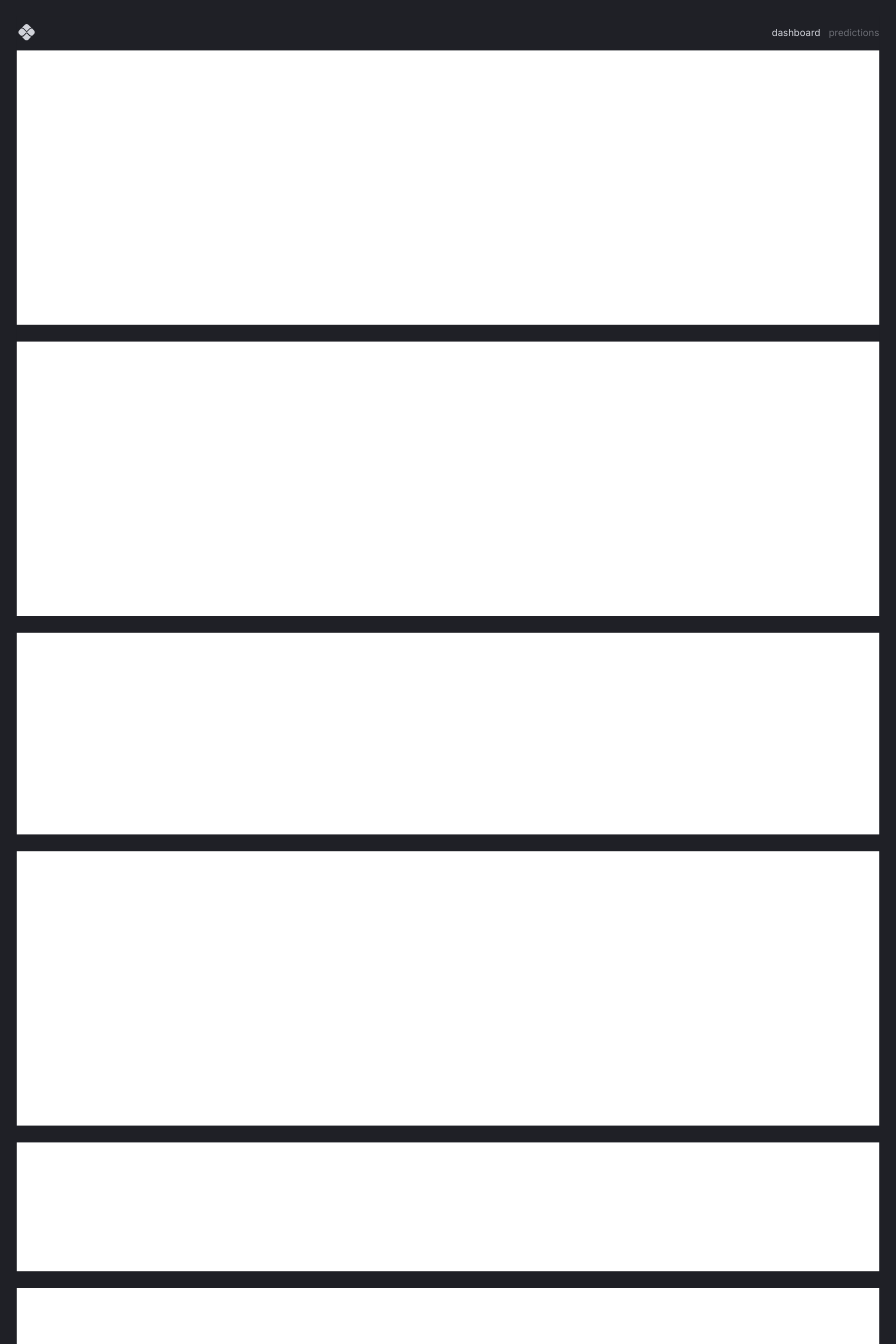
Repository: BernhardSilva/finance-client
Page: /
An editor plug-in stored every save of this project. The page is shown before and after the next save, followed by the edit.
The browser window is 1280 px wide. The pictures show the part of the page from y = 0 to 1920 px (the page is 3272 px tall before and 3376 px after), at 70% of full size.
The project was rebuilt for these pictures with package versions that can differ from the ones it lists, and the page was loaded fresh each time. Also part of the build but not shown: vite.config.ts.

Above is the page before, as saved 2023-05-14 22:16:52.

### src/App.tsx
import '@/App.css';
import Navbar from '@/scenes/navbar';
import Dashboard from '@/scenes/dashboard';
import { Box, CssBaseline } from '@mui/material';
import { ThemeProvider, createTheme } from '@mui/material/styles';
import { useMemo } from 'react';
import { BrowserRouter, Route, Routes } from 'react-router-dom';
import { themeSettings } from './theme';

function App() {
	const theme = useMemo(() => createTheme(themeSettings), []);
	return (
		<>
			<div className='app'>
				<BrowserRouter>
					<ThemeProvider theme={theme}>
						<CssBaseline />
						<Box width='100%' height='100%' padding='1remn 2rem 4rem 2rem'>
							<Navbar />
							<Routes>
								<Route path='/' element={<Dashboard />} />
								<Route path='/predictions' element={<div>predictions page</div>} />
							</Routes>
						</Box>
					</ThemeProvider>
				</BrowserRouter>
			</div>
		</>
	);
}

export default App;

### src/index.css
@import url('https://fonts.googleapis.com/css2?family=Inter:wght@400;500;600&family=Ubuntu:wght@400;700&display=swap');


html, body, #root, .app {
  height: 100%;
  width: 100%;
  font-family: "Inter", sans-serif;
  background-color: #1f2026
}

### src/App.css
#root {
  max-width: 1280px;
  margin: 0 auto;
  padding: 1.5rem;
  text-align: center;
}

.logo {
  height: 6em;
  padding: 1.5em;
  will-change: filter;
  transition: filter 300ms;
}
.logo:hover {
  filter: drop-shadow(0 0 2em #646cffaa);
}
.logo.react:hover {
  filter: drop-shadow(0 0 2em #61dafbaa);
}

@keyframes logo-spin {
  from {
    transform: rotate(0deg);
  }
  to {
    transform: rotate(360deg);
  }
}

@media (prefers-reduced-motion: no-preference) {
  a:nth-of-type(2) .logo {
    animation: logo-spin infinite 20s linear;
  }
}

.card {
  padding: 2em;
}

.read-the-docs {
  color: #888;
}

### src/scenes/navbar/index.tsx
import { useState } from 'react';
import { Link } from 'react-router-dom';
import { Box, Typography, useTheme } from '@mui/material';
import FlexBetween from '@/components/FlexBetween';
import PixIcon from '@mui/icons-material/Pix';

type Props = {};

const Navbar = (props: Props) => {
	const { palette } = useTheme();
	const [selected, setSelected] = useState('dashboard')
	return (
		<FlexBetween mb="0.25rem" p="0.5rem 0rem" color={palette.grey[300]}>
			{/* LEFT SIDE */}
			<FlexBetween gap="0.75rem">
				<PixIcon sx={{ fontSize: "28px" }}>
					<Typography variant="h4" fontSize="16px">
						Finanseer
					</Typography>
				</PixIcon>
			</FlexBetween>
			{/* RIGHT SIDE */}
			<FlexBetween gap="0.75rem">
				<Box sx={{ '&:hover': { color: palette.primary[100] } }}>
					<Link to="/" onClick={() => setSelected("dashboard")}
						style={{
							color: selected === "dashboard" ? "inherit" : palette.grey[700],
							textDecoration: "inherit"
						}}>
							dashboard
					</Link>
				</Box>
				<Box sx={{ '&:hover': { color: palette.primary[100] } }}>
					<Link to="/predictions" onClick={() => setSelected("predictions")}
						style={{
							color: selected === "predictions" ? "inherit" : palette.grey[700],
							textDecoration: "inherit"
						}}>
							predictions
					</Link>
				</Box>
			</FlexBetween>

		</FlexBetween >
	);
};

export default Navbar;

### src/scenes/dashboard/index.tsx
import { Box, useTheme, useMediaQuery } from '@mui/material';

type Props = {}

const gridTemplateLargeScreens = `
    "a b c"
    "a b c"
    "a b c"
    "a b f"
    "d e f"
    "d e f"
    "d h i"
    "g h i"
    "g h j"
    "g h j"
`
const gridTemplateSmallScreens = `
    "a"
    "a"
    "a"
    "a"
    "b"
    "b"
    "b"
    "b"
    "c"
    "c"
    "c"
    "d"
    "d"
    "d"
    "d"
    "e"
    "e"
    "f"
    "f"
    "f"
    "g"
    "g"
    "g"
    "h"
    "h"
    "h"
    "h"
    "i"
    "i"
    "j"
    "j"
`

const Dashboard = (props: Props) => {
    const isAboveMediumScreens = useMediaQuery(("min-dith:1200px"))
    const { palette } = useTheme()
    return (
        <Box width="100%" height="100%" display="grid" gap="1.5rem"
            sx={isAboveMediumScreens ? {
                gridTemplateColumns: "repeat(3, minmax(370px, 1fr))",
                gridTemplateRows: "repeat(10, minmax(60px, 1fr ))",
                gridTemplateAreas: gridTemplateLargeScreens,
            } : {
                gridTemplateColumns: "1fr",
                gridAutoRows: "80px",
                gridTemplateAreas: gridTemplateSmallScreens
            }
            }>
            <Box gridArea="a" bgcolor="#fff"></Box>
            <Box gridArea="b" bgcolor="#fff"></Box>
            <Box gridArea="c" bgcolor="#fff"></Box>
            <Box gridArea="d" bgcolor="#fff"></Box>
            <Box gridArea="e" bgcolor="#fff"></Box>
            <Box gridArea="f" bgcolor="#fff"></Box>
            <Box gridArea="g" bgcolor="#fff"></Box>
            <Box gridArea="h" bgcolor="#fff"></Box>
            <Box gridArea="i" bgcolor="#fff"></Box>
            <Box gridArea="j" bgcolor="#fff"></Box>
        </Box>
    )
}

export default Dashboard

### src/theme.ts

export const tokens = {
    grey: {
      100: "#f0f0f3",
      200: "#e1e2e7",
      300: "#d1d3da",
      400: "#c2c5ce",
      500: "#b3b6c2",
      600: "#8f929b",
      700: "#6b6d74",
      800: "#48494e",
      900: "#242427",
    },
    primary: {
      // light green
      100: "#d0fcf4",
      200: "#a0f9e9",
      300: "#71f5de",
      400: "#41f2d3",
      500: "#12efc8",
      600: "#0ebfa0",
      700: "#0b8f78",
      800: "#076050",
      900: "#043028",
    },
    secondary: {
      // yellow
      100: "#fcf0dd",
      200: "#fae1bb",
      300: "#f7d299",
      400: "#f5c377",
      500: "#f2b455",
      600: "#c29044",
      700: "#916c33",
      800: "#614822",
      900: "#302411",
    },
    tertiary: {
      // purple
      500: "#8884d8",
    },
    background: {
      light: "#2d2d34",
      main: "#1f2026",
    },
  };

  // mui theme settings
  export const themeSettings = {
    palette: {
      primary: {
        ...tokens.primary,
        main: tokens.primary[500],
        light: tokens.primary[400],
      },
      secondary: {
        ...tokens.secondary,
        main: tokens.secondary[500],
      },
      tertiary: {
        ...tokens.tertiary,
      },
      grey: {
        ...tokens.grey,
        main: tokens.grey[500],
      },
      background: {
        default: tokens.background.main,
        light: tokens.background.light,
      },
    },
    typography: {
      fontFamily: ["Inter", "sans-serif"].join(","),
      fontSize: 12,
      h1: {
        fontFamily: ["Inter", "sans-serif"].join(","),
        fontSize: 32,
      },
      h2: {
        fontFamily: ["Inter", "sans-serif"].join(","),
        fontSize: 24,
      },
      h3: {
        fontFamily: ["Inter", "sans-serif"].join(","),
        fontSize: 20,
        fontWeight: 800,
        color: tokens.grey[200],
      },
      h4: {
        fontFamily: ["Inter", "sans-serif"].join(","),
        fontSize: 14,
        fontWeight: 600,
        color: tokens.grey[300],
      },
      h5: {
        fontFamily: ["Inter", "sans-serif"].join(","),
        fontSize: 12,
        fontWeight: 400,
        color: tokens.grey[500],
      },
      h6: {
        fontFamily: ["Inter", "sans-serif"].join(","),
        fontSize: 10,
        color: tokens.grey[700],
      },
    },
  };

### src/components/FlexBetween.tsx
import { Box } from '@mui/material';
import { styled } from '@mui/system';

const FlexBetween = styled(Box)({
	display: 'flex',
	justifyContent: 'space-between',
	alignItems: 'center'
});

export default FlexBetween;

### src/components/DashboardBox.tsx
import { Box } from '@mui/material';
import { styled } from '@mui/system';

const DashboardBox = styled(Box)(({ theme }) => ({
    backgroundColor: theme.palette.background.light,
    borderRadius: "1rem",
    boxShadow: "0.15rem 0.2rem 0.15rem 0.1rem rgba(0,0,0, .8)",
}));

export default DashboardBox;

Loaded but not shown: index.html (common file); src/main.tsx (common file)

After the next save:
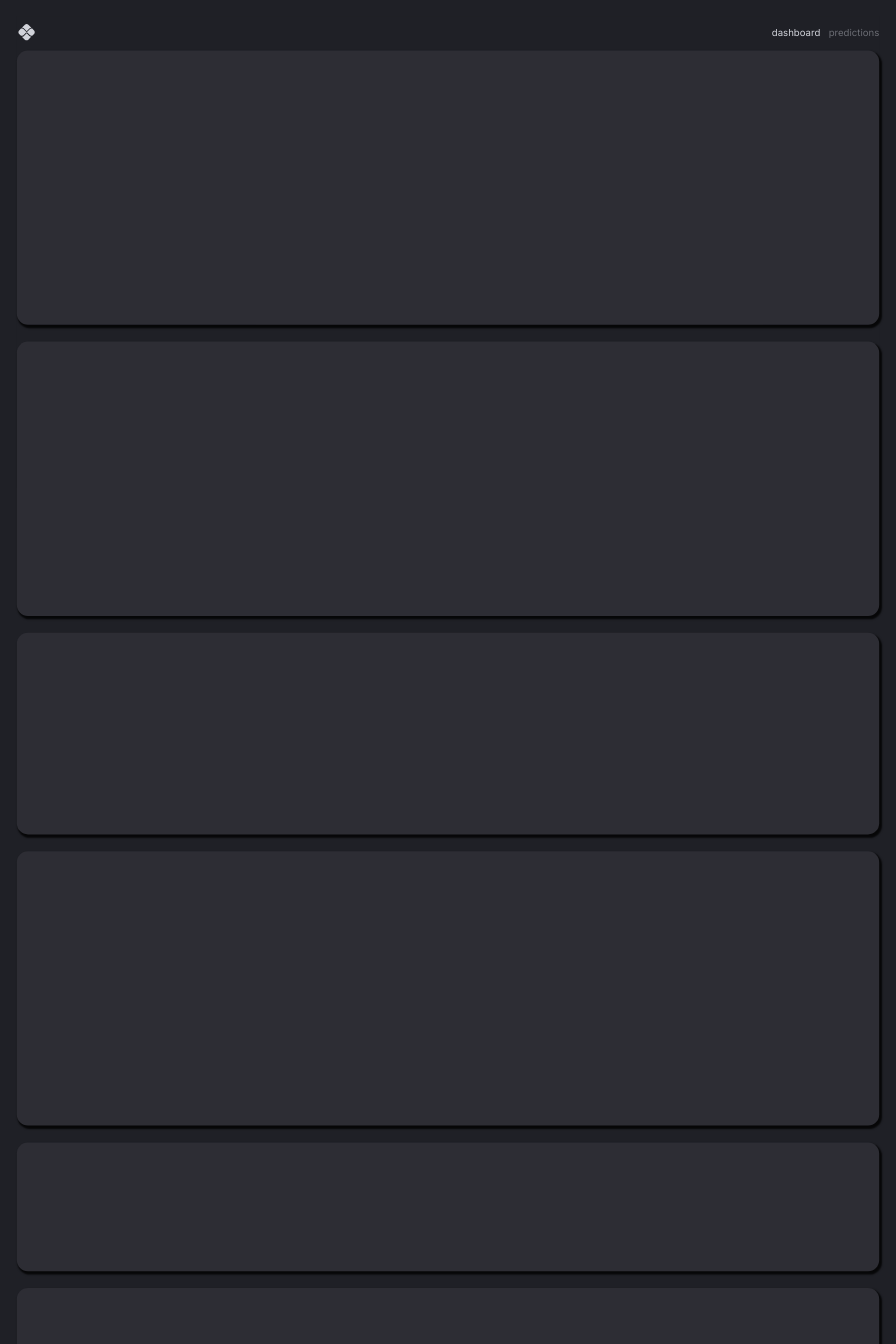
Saved 119 s later.
--- a/src/scenes/dashboard/index.tsx
+++ b/src/scenes/dashboard/index.tsx
@@ -1,3 +1,4 @@
+import DashboardBox from '@/components/DashboardBox';
 import { Box, useTheme, useMediaQuery } from '@mui/material';
 
 type Props = {}
@@ -63,16 +64,17 @@ const Dashboard = (props: Props) => {
                 gridTemplateAreas: gridTemplateSmallScreens
             }
             }>
-            <Box gridArea="a" bgcolor="#fff"></Box>
-            <Box gridArea="b" bgcolor="#fff"></Box>
-            <Box gridArea="c" bgcolor="#fff"></Box>
-            <Box gridArea="d" bgcolor="#fff"></Box>
-            <Box gridArea="e" bgcolor="#fff"></Box>
-            <Box gridArea="f" bgcolor="#fff"></Box>
-            <Box gridArea="g" bgcolor="#fff"></Box>
-            <Box gridArea="h" bgcolor="#fff"></Box>
-            <Box gridArea="i" bgcolor="#fff"></Box>
-            <Box gridArea="j" bgcolor="#fff"></Box>
+                <DashboardBox></DashboardBox>
+            <DashboardBox gridArea="a" bgcolor="#fff"></DashboardBox>
+            <DashboardBox gridArea="b" bgcolor="#fff"></DashboardBox>
+            <DashboardBox gridArea="c" bgcolor="#fff"></DashboardBox>
+            <DashboardBox gridArea="d" bgcolor="#fff"></DashboardBox>
+            <DashboardBox gridArea="e" bgcolor="#fff"></DashboardBox>
+            <DashboardBox gridArea="f" bgcolor="#fff"></DashboardBox>
+            <DashboardBox gridArea="g" bgcolor="#fff"></DashboardBox>
+            <DashboardBox gridArea="h" bgcolor="#fff"></DashboardBox>
+            <DashboardBox gridArea="i" bgcolor="#fff"></DashboardBox>
+            <DashboardBox gridArea="j" bgcolor="#fff"></DashboardBox>
         </Box>
     )
 }
